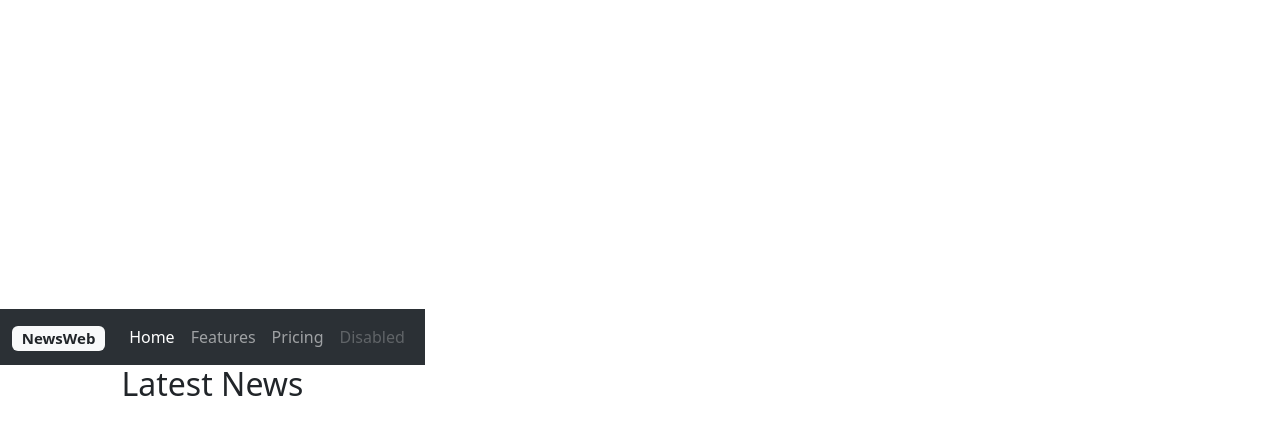
Repository: Abhilash2909/NewsWeb
Page: /
These files come from the project's save history. The page is drawn as it stood at one moment and after the next save; the edit follows.
The browser window is 1280 px wide. The pictures show the whole page.
The project was rebuilt for these pictures with package versions that can differ from the ones it lists, and the page was loaded fresh each time. Also part of the build but not shown: vite.config.js.

Above is the page before, as saved 2024-05-21 22:43:00.

After the next save:
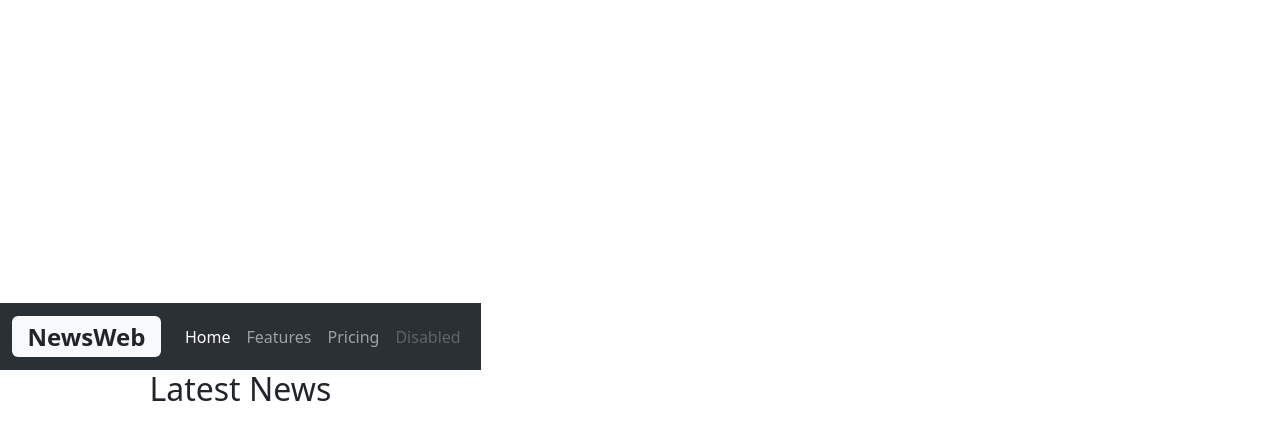
Saved 119 s later.
--- a/src/Components/Navbar.jsx
+++ b/src/Components/Navbar.jsx
@@ -3,7 +3,7 @@
   return (
     <nav className="navbar navbar-expand-lg bg-body-tertiary" data-bs-theme="dark">
   <div className="container-fluid">
-    <a className="navbar-brand" href="#"><span className="badge bg-light text-dark">NewsWeb</span></a>
+    <a className="navbar-brand" href="#"><span className="badge bg-light text-dark fs-4">NewsWeb</span></a>
     <button className="navbar-toggler" type="button" data-bs-toggle="collapse" data-bs-target="#navbarNav" aria-controls="navbarNav" aria-expanded="false" aria-label="Toggle navigation">
       <span className="navbar-toggler-icon"></span>
     </button>
